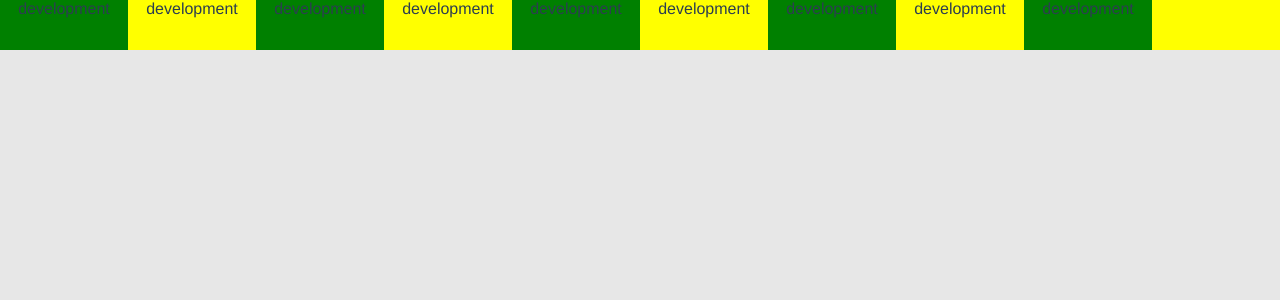
Repository: dondonZh/phone-sell-mall
Page: /#/about
These files come from the project's save history. The page is drawn as it stood at one moment and after the next save; the edit follows.
The browser window is 1280 px wide. The pictures show the whole page.
The project was rebuilt for these pictures with package versions that can differ from the ones it lists, and the page was loaded fresh each time. Also part of the build but not shown: vue.config.js, src/assets/js/iconfont.js, src/components/icon-svg.vue.

Above is the page before, as saved 2019-07-24 11:24:30.

After the next save:
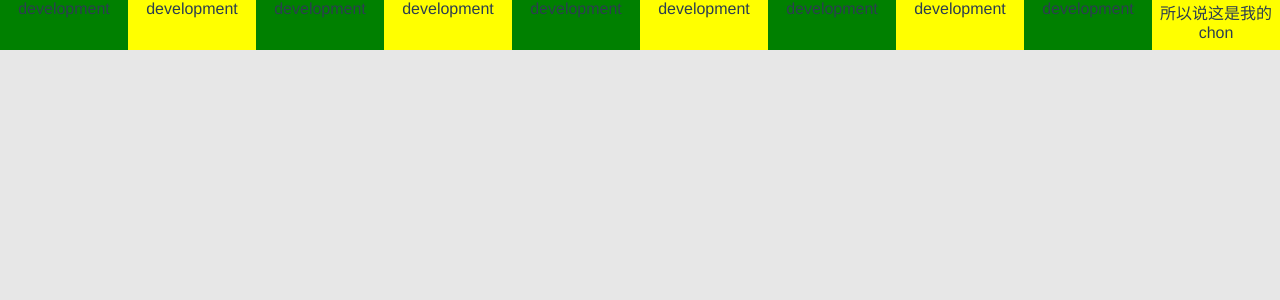
Saved 10 s later.
--- a/src/views/About.vue
+++ b/src/views/About.vue
@@ -9,7 +9,7 @@
       <div>{{env}}</div>
       <div>{{env}}</div>
       <div>{{env}}</div>
-<div></div>
+<div>所以说这是我的chon</div>
     </div>
 </template>
 <script>
